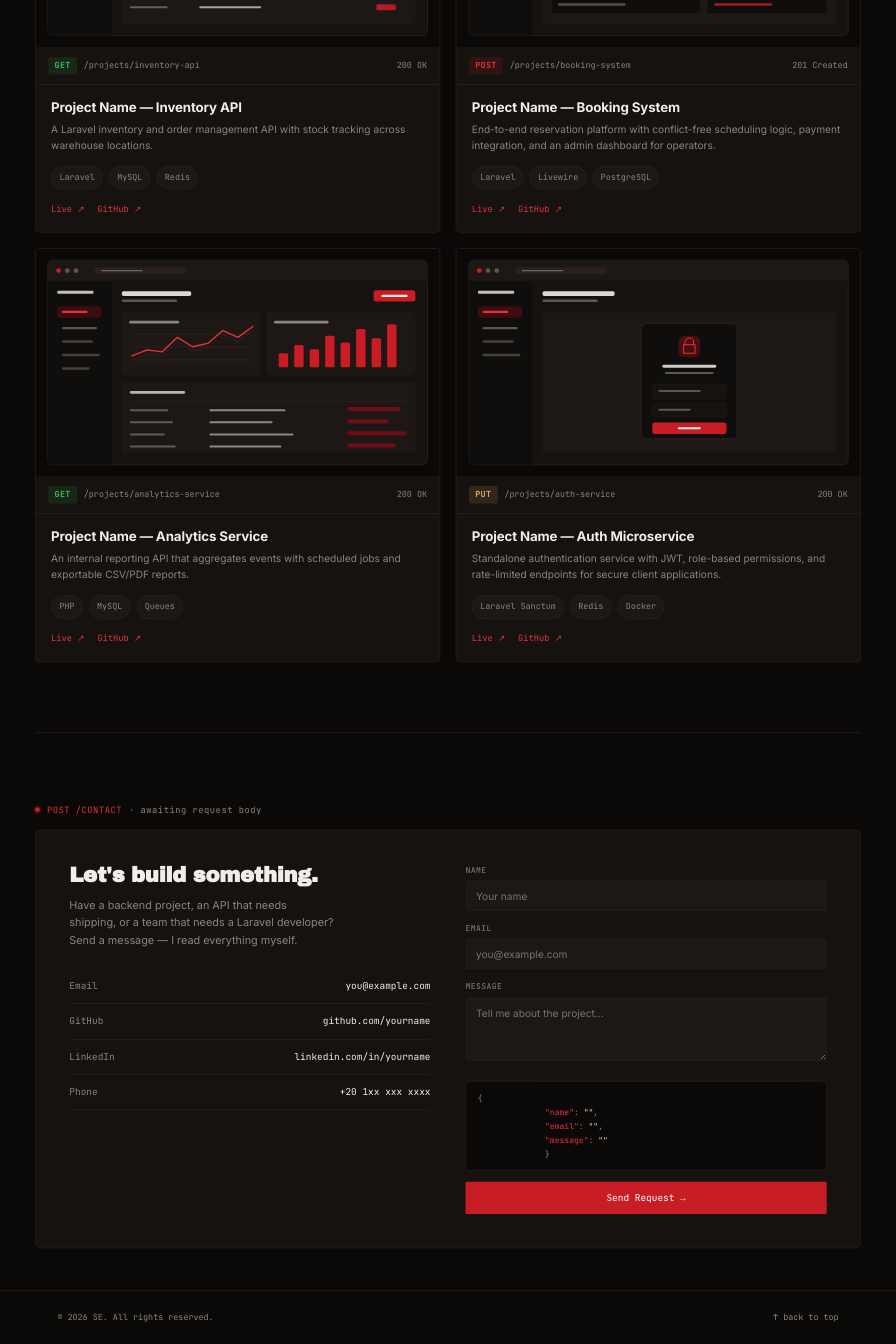
Repository: sayedelshazly/Portfolio.SE
Page: index.html
The author's editor kept a copy of each file at every save. The page is drawn from the files as they stood at one save, then again after the next save.
The browser window is 1280 px wide. The pictures show the part of the page from y = 3345 to 5265 px (the page is 5265 px tall before and 4652 px after), at 70% of full size.

Above is the page before, as saved 2026-10-13 01:57:01.

### index.html
<!DOCTYPE html>
<html lang="en">

<head>
  <meta charset="UTF-8">
  <meta name="viewport" content="width=device-width, initial-scale=1.0, viewport-fit=cover">
  <meta name="color-scheme" content="dark light">
  <title>Sayed Elshazly — Backend Engineer</title>
  <script>
    (() => {
      const systemPrefersLight = window.matchMedia('(prefers-color-scheme: light)').matches;
      try {
        const savedTheme = localStorage.getItem('portfolio-theme');
        document.documentElement.dataset.theme = savedTheme === 'light' || savedTheme === 'dark' ?
          savedTheme :
          (systemPrefersLight ? 'light' : 'dark');
      } catch {
        document.documentElement.dataset.theme = systemPrefersLight ? 'light' : 'dark';
      }
    })();
    document.documentElement.classList.add('is-loading');
    window.__pageLoadStartedAt = performance.now();
  </script>
  <link rel="preconnect" href="https://fonts.googleapis.com">
  <link rel="preconnect" href="https://fonts.gstatic.com" crossorigin>
  <link
    href="https://fonts.googleapis.com/css2?family=Archivo+Black&family=JetBrains+Mono:wght@400;500;600;700&family=Inter:wght@400;500;600;700;800&display=swap"
    rel="stylesheet">
  <link rel="stylesheet" href="style.css">
</head>

<body>

  <div class="preloader" id="preloader" role="status" aria-live="polite" aria-label="Loading website">
    <div class="loader-content">
      <span class="loader-mark"><span>&lt;</span>SE<span>/&gt;</span></span>
      <span class="loader-spinner" aria-hidden="true"></span>
      <span class="loader-text">Preparing your experience</span>
      <span class="loader-progress" aria-hidden="true"><span></span></span>
    </div>
  </div>

  <header>
    <div class="reading-progress" aria-hidden="true"><span id="readingProgress"></span></div>
    <nav>
      <a class="logo" href="#top" aria-label="Sayed Elshazly, back to top"><span
          class="br">&lt;</span>SayedElshazly<span class="br">/&gt;</span></a>
      <button class="nav-toggle" type="button" aria-expanded="false" aria-controls="site-navigation"
        aria-label="Open navigation">
        <span></span><span></span>
      </button>
      <ul class="nav-links" id="site-navigation">
        <li><a href="#about">about</a></li>
        <li><a href="#skills">skills</a></li>
        <li><a href="#experience">experience</a></li>
        <li><a href="#projects">projects</a></li>
        <li><a href="#contact">contact</a></li>
        <li><a href="./blog.html" target="_self">Blog</a></li>
        <li class="nav-close-item"><button class="nav-close" type="button">Close menu</button></li>
      </ul>
      <div class="status-pill"><span class="dot"></span><span class="label">available for work</span></div>
      <button class="theme-toggle" id="themeToggle" type="button" aria-label="Switch to light mode"
        title="Switch to light mode">
        <svg class="theme-icon-sun" viewBox="0 0 24 24" aria-hidden="true" focusable="false">
          <circle cx="12" cy="12" r="4"></circle>
          <path
            d="M12 2v2m0 16v2M4.93 4.93l1.42 1.42m11.3 11.3 1.42 1.42M2 12h2m16 0h2M4.93 19.07l1.42-1.42m11.3-11.3 1.42-1.42">
          </path>
        </svg>
        <svg class="theme-icon-moon" viewBox="0 0 24 24" aria-hidden="true" focusable="false">
          <path d="M20.2 15.1A8.5 8.5 0 0 1 8.9 3.8 8.6 8.6 0 1 0 20.2 15.1Z"></path>
        </svg>
      </button>
    </nav>
  </header>

  <main>

    <!-- ================= HERO ================= -->
    <section class="hero wrap" id="top">
      <div class="hero-intro">
        <h1>Sayed Abdo Elshazly<span class="accent">.</span></h1>
        <div class="eyebrow">GET /developer <span class="status">· HTTP/1.1 200 OK</span></div>
        <div class="role">Backend Engineer <span class="pipe">/</span> PHP &amp; Laravel Specialist</div>
      </div>

      <div class="hero-support">
        <p class="lede">I design and ship reliable server-side systems — clean APIs, solid database
          architecture, and code that holds up in production. Based in Cairo, working with teams
          anywhere.</p>
        <div class="btn-row">
          <a href="#projects" class="btn btn-primary">View Projects →</a>
          <a href="#contact" class="btn btn-ghost">Let's Talk <span aria-hidden="true">↗</span></a>
        </div>
      </div>

      <div class="term-card">
        <div class="term-bar">
          <span class="tdot"></span><span class="tdot"></span><span class="tdot"></span>
          <!-- <span class="tpath">~/portfolio/profile.jpg</span> -->
        </div>
        <div class="term-photo">
          <img src="./portrait2.jpeg" alt="Portrait of Sayed Elshazly, backend engineer">
          <div class="scan"></div>
          <div class="term-json">
            <span class="k">"role"</span>: <span class="s">"Backend Engineer"</span>,<br>
            <span class="k">"stack"</span>: <span class="s">["PHP", "Laravel", "MySQL"]</span>,<br>
            <span class="k">"status"</span>: <span class="s">"available"</span><span class="cursor"></span>
          </div>
        </div>
      </div>

      <div class="stat-row">
        <div class="stat"><b>1+</b><span>Years Experience</span></div>
        <div class="stat"><b>5+</b><span>Projects Shipped</span></div>
        <div class="stat"><b>2+</b><span>APIs Built</span></div>
      </div>
    </section>

    <!-- ================= ABOUT ================= -->
    <section class="about wrap" id="about">
      <div class="eyebrow">GET /about <span class="status">· 200 OK</span></div>
      <div class="about-grid">
        <div>
          <p>I'm a <b>Backend Developer</b> focused on PHP and the Laravel ecosystem. I like
            turning ambiguous requirements into APIs and services that are fast, well-tested,
            and easy for the next developer to reason about.</p>
          <p>My day-to-day covers <b>REST API design</b>, <b>database modeling</b>, authentication
            and authorization systems, background job processing, and integrating third-party
            services. I care about clean architecture as much as working code — SOLID principles,
            repository patterns, and readable commits.</p>
          <p>Outside of client work, I spend time exploring system design, contributing to small
            open-source tools, and refining my own boilerplate for faster project starts.</p>
        </div>
        <ul class="fact-list">
          <li><span>Location</span><span>6th of October, Giza, Egypt</span></li>
          <li><span>Focus</span><span>Backend / API Architecture</span></li>
          <li><span>Availability</span><span>Open to freelance &amp; full-time</span></li>
          <li><span>Languages</span><span>Arabic, English</span></li>
          <li><span>Response time</span><span>&lt; 24h</span></li>
        </ul>
      </div>
    </section>

    <!-- ================= SKILLS ================= -->
    <section class="skills wrap" id="skills">
      <div class="section-head">
        <div class="eyebrow">GET /skills <span class="status">· 200 OK</span></div>
        <h2>What I build with</h2>
        <p>The core stack behind most of the systems I ship — plus the tools that keep them
          maintainable.</p>
      </div>
      <div class="skill-groups">
        <div class="skill-card">
          <h3>Languages &amp; Frameworks</h3>
          <div class="tag-row">
            <span class="tag">PHP</span>
            <span class="tag">Laravel</span>
            <span class="tag">JavaScript</span>
            <span class="tag">Blade</span>
            <span class="tag">Livewire</span>
          </div>
        </div>
        <div class="skill-card">
          <h3>Data &amp; APIs</h3>
          <div class="tag-row">
            <span class="tag">MySQL</span>
            <span class="tag">PostgreSQL</span>
            <span class="tag">Redis</span>
            <span class="tag">REST APIs</span>
            <span class="tag">Eloquent ORM</span>
          </div>
        </div>
        <div class="skill-card">
          <h3>Tools &amp; Practices</h3>
          <div class="tag-row">
            <span class="tag">Git</span>
            <span class="tag">Docker</span>
            <span class="tag">Postman</span>
            <span class="tag">PHPUnit</span>
            <span class="tag">CI / CD</span>
          </div>
        </div>
      </div>
    </section>

    <!-- ================= EXPERIENCE ================= -->
    <section class="experience wrap" id="experience">
      <div class="section-head">
        <div class="eyebrow">GET /experience <span class="status">· 200 OK</span></div>
        <h2>Where I've worked</h2>
      </div>
      <div class="log">
        <div class="log-entry">
          <div class="log-head">
            <span class="log-hash">#a3f21c</span>
            <span class="log-date">2023 — 2024</span>
          </div>
          <h3>Backend Developer <span>@ Development</span></h3>
          <ul>
            <li>Designed and maintained REST APIs for production applications</li>
            <li>Improved response times through query optimization and caching</li>
            <li>Contributed to Laravel service architecture and system migrations</li>
          </ul>
          <div class="tag-row"><span class="tag">Laravel</span><span class="tag">APIs</span><span
              class="tag">MySQL</span></div>
        </div>
      </div>
    </section>

    <!-- ================= PROJECTS ================= -->
    <section class="projects wrap" id="projects">
      <div class="section-head">
        <div class="eyebrow">GET /projects <span class="status">· 200 OK</span></div>
        <h2>Selected work</h2>
        <p>A handful of systems and APIs I've designed end-to-end, from schema to deployment.</p>
      </div>
      <div class="project-grid">

        <div class="project-card">
          <figure class="project-visual">
            <img src="./assets/inventory-preview.svg" alt="Illustrative inventory dashboard preview" loading="lazy"
              decoding="async">
          </figure>
          <div class="pc-top">
            <span class="method get">GET</span>
            <span class="route">/projects/inventory-api</span>
            <span class="status-code">200 OK</span>
          </div>
          <div class="pc-body">
            <h3>Project Name — Inventory API</h3>
            <p>A Laravel inventory and order management API with stock tracking across warehouse locations.</p>
            <div class="tag-row" style="margin-bottom:18px;">
              <span class="tag">Laravel</span><span class="tag">MySQL</span><span class="tag">Redis</span>
            </div>
            <div class="pc-links">
              <a href="#">Live ↗</a>
              <a href="#">GitHub ↗</a>
            </div>
          </div>
        </div>

        <div class="project-card">
          <figure class="project-visual">
            <img src="./assets/booking-preview.svg" alt="Illustrative booking calendar preview" loading="lazy"
              decoding="async">
          </figure>
          <div class="pc-top">
            <span class="method post">POST</span>
            <span class="route">/projects/booking-system</span>
            <span class="status-code">201 Created</span>
          </div>
          <div class="pc-body">
            <h3>Project Name — Booking System</h3>
            <p>End-to-end reservation platform with conflict-free scheduling logic, payment
              integration, and an admin dashboard for operators.</p>
            <div class="tag-row" style="margin-bottom:18px;">
              <span class="tag">Laravel</span><span class="tag">Livewire</span><span class="tag">PostgreSQL</span>
            </div>
            <div class="pc-links">
              <a href="#">Live ↗</a>
              <a href="#">GitHub ↗</a>
            </div>
          </div>
        </div>

        <div class="project-card">
          <figure class="project-visual">
            <img src="./assets/analytics-preview.svg" alt="Illustrative analytics dashboard preview" loading="lazy"
              decoding="async">
          </figure>
          <div class="pc-top">
            <span class="method get">GET</span>
            <span class="route">/projects/analytics-service</span>
            <span class="status-code">200 OK</span>
          </div>
          <div class="pc-body">
            <h3>Project Name — Analytics Service</h3>
            <p>An internal reporting API that aggregates events with scheduled jobs and exportable CSV/PDF reports.</p>
            <div class="tag-row" style="margin-bottom:18px;">
              <span class="tag">PHP</span><span class="tag">MySQL</span><span class="tag">Queues</span>
            </div>
            <div class="pc-links">
              <a href="#">Live ↗</a>
              <a href="#">GitHub ↗</a>
            </div>
          </div>
        </div>

        <div class="project-card">
          <figure class="project-visual">
            <img src="./assets/auth-preview.svg" alt="Illustrative authentication service preview" loading="lazy"
              decoding="async">
          </figure>
          <div class="pc-top">
            <span class="method put">PUT</span>
            <span class="route">/projects/auth-service</span>
            <span class="status-code">200 OK</span>
          </div>
          <div class="pc-body">
            <h3>Project Name — Auth Microservice</h3>
            <p>Standalone authentication service with JWT, role-based permissions, and
              rate-limited endpoints for secure client applications.</p>
            <div class="tag-row" style="margin-bottom:18px;">
              <span class="tag">Laravel Sanctum</span><span class="tag">Redis</span><span class="tag">Docker</span>
            </div>
            <div class="pc-links">
              <a href="#">Live ↗</a>
              <a href="#">GitHub ↗</a>
            </div>
          </div>
        </div>

      </div>
    </section>

    <!-- ================= CONTACT ================= -->
    <section class="contact wrap" id="contact">
      <div class="eyebrow">POST /contact <span class="status">· awaiting request body</span></div>
      <div class="contact-grid">
        <div class="contact-info">
          <h2 style="font-size:30px;margin-bottom:16px;">Let's build something.</h2>
          <p>Have a backend project, an API that needs shipping, or a team that needs a
            Laravel developer? Send a message — I read everything myself.</p>
          <ul class="contact-channels">
            <li><span>Email</span><a href="mailto:you@example.com">you@example.com</a></li>
            <li><span>GitHub</span><a href="#">github.com/yourname</a></li>
            <li><span>LinkedIn</span><a href="#">linkedin.com/in/yourname</a></li>
            <li><span>Phone</span><a href="#">+20 1xx xxx xxxx</a></li>
          </ul>
        </div>
        <div>
          <form id="contactForm">
            <div>
              <label for="fname">Name</label>
              <input type="text" id="fname" name="name" placeholder="Your name" required>
            </div>
            <div>
              <label for="femail">Email</label>
              <input type="email" id="femail" name="email" placeholder="you@example.com" required>
            </div>
            <div>
              <label for="fmsg">Message</label>
              <textarea id="fmsg" name="message" placeholder="Tell me about the project..." required></textarea>
            </div>
            <div class="json-preview" id="jsonPreview">{
              <span class="k">"name"</span>: <span class="v">""</span>,
              <span class="k">"email"</span>: <span class="v">""</span>,
              <span class="k">"message"</span>: <span class="v">""</span>
              }</div>
            <button type="submit" class="btn btn-primary"
              style="justify-content:center;border:none;cursor:pointer;">Send Request →</button>
          </form>
        </div>
      </div>
    </section>

  </main>

  <footer>
    <div class="wrap">
      <span>© 2026 SE. All rights reserved.</span>
      <span><a href="#top">↑ back to top</a></span>
    </div>
  </footer>

  <a class="back-to-top" href="#top" aria-label="Back to top">↑</a>

  <script src="main.js"></script>

</body>

</html>

Loaded but not shown: main.js (76 lines, source omitted); style.css (2091 lines, source omitted)

After the next save:
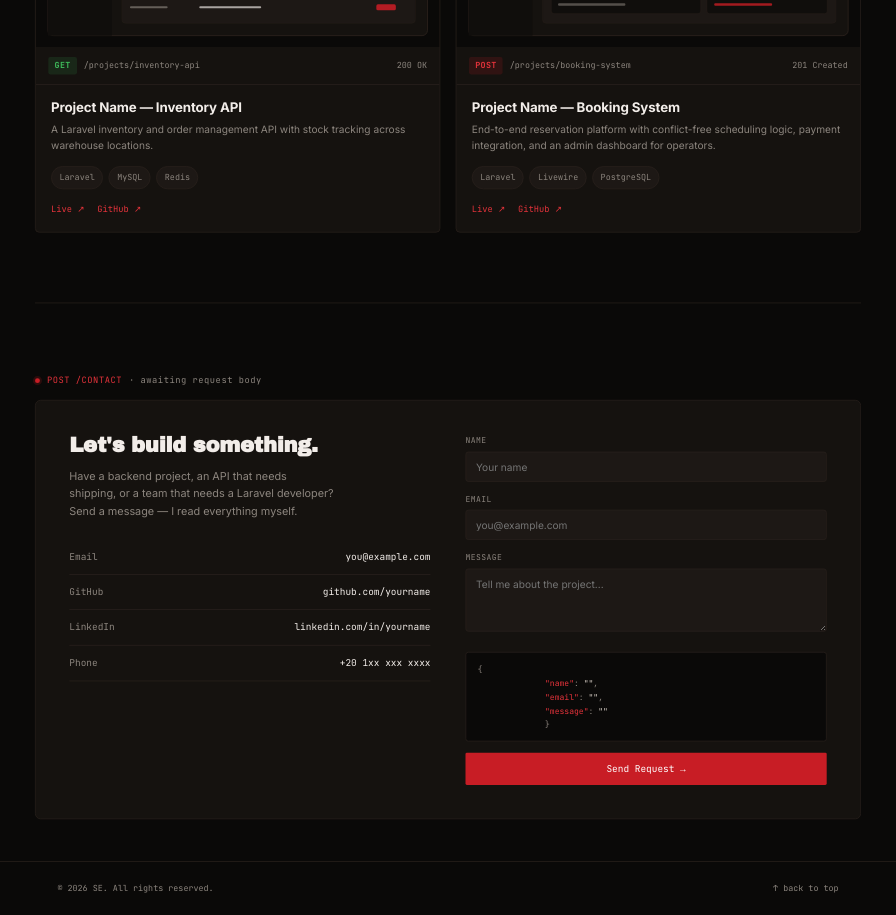
Saved 12 s later.
--- a/index.html
+++ b/index.html
@@ -264,53 +264,6 @@
           </div>
         </div>
 
-        <div class="project-card">
-          <figure class="project-visual">
-            <img src="./assets/analytics-preview.svg" alt="Illustrative analytics dashboard preview" loading="lazy"
-              decoding="async">
-          </figure>
-          <div class="pc-top">
-            <span class="method get">GET</span>
-            <span class="route">/projects/analytics-service</span>
-            <span class="status-code">200 OK</span>
-          </div>
-          <div class="pc-body">
-            <h3>Project Name — Analytics Service</h3>
-            <p>An internal reporting API that aggregates events with scheduled jobs and exportable CSV/PDF reports.</p>
-            <div class="tag-row" style="margin-bottom:18px;">
-              <span class="tag">PHP</span><span class="tag">MySQL</span><span class="tag">Queues</span>
-            </div>
-            <div class="pc-links">
-              <a href="#">Live ↗</a>
-              <a href="#">GitHub ↗</a>
-            </div>
-          </div>
-        </div>
-
-        <div class="project-card">
-          <figure class="project-visual">
-            <img src="./assets/auth-preview.svg" alt="Illustrative authentication service preview" loading="lazy"
-              decoding="async">
-          </figure>
-          <div class="pc-top">
-            <span class="method put">PUT</span>
-            <span class="route">/projects/auth-service</span>
-            <span class="status-code">200 OK</span>
-          </div>
-          <div class="pc-body">
-            <h3>Project Name — Auth Microservice</h3>
-            <p>Standalone authentication service with JWT, role-based permissions, and
-              rate-limited endpoints for secure client applications.</p>
-            <div class="tag-row" style="margin-bottom:18px;">
-              <span class="tag">Laravel Sanctum</span><span class="tag">Redis</span><span class="tag">Docker</span>
-            </div>
-            <div class="pc-links">
-              <a href="#">Live ↗</a>
-              <a href="#">GitHub ↗</a>
-            </div>
-          </div>
-        </div>
-
       </div>
     </section>
 
